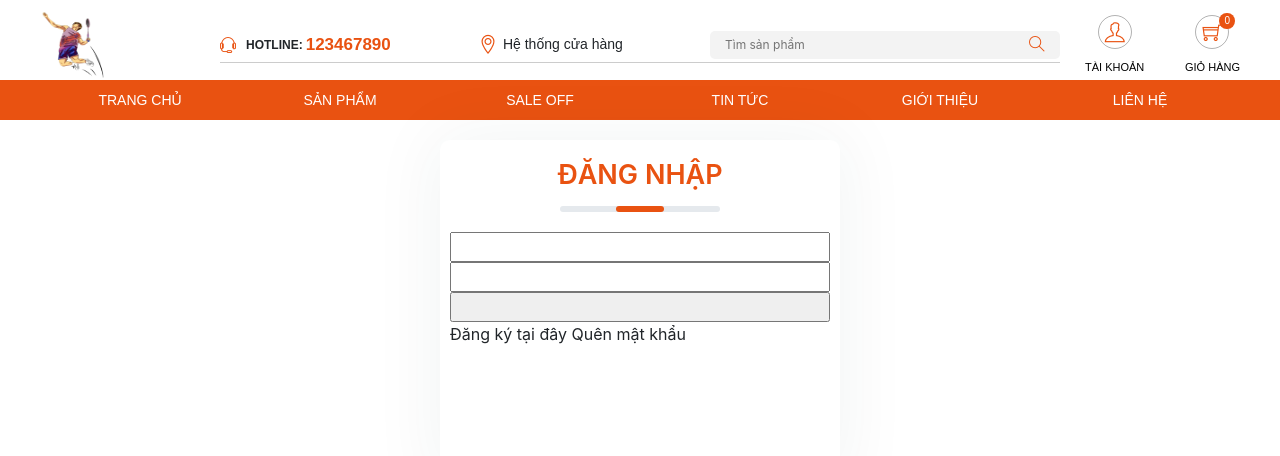
Repository: Namtran3107/CauLongSo1
Page: login.html
These files come from the project's save history. The page is drawn as it stood at one moment and after the next save; the edit follows.
The browser window is 1280 px wide. The pictures show the whole page.

Above is the page before, as saved 2022-12-11 14:18:23.

### login.html
<!DOCTYPE html>
<html lang="en">
<head>
    <meta charset="UTF-8">
    <meta http-equiv="X-UA-Compatible" content="IE=edge">
    <meta name="viewport" content="width=device-width, initial-scale=1.0">
    <link rel="stylesheet" href="./index.css">
    <link rel="stylesheet" href="./login.css">
    <link rel="stylesheet" href="./themify-icons-font/themify-icons/themify-icons.css">
    <link rel="stylesheet" href="https://stackpath.bootstrapcdn.com/bootstrap/4.3.1/css/bootstrap.min.css" integrity="sha384-ggOyR0iXCbMQv3Xipma34MD+dH/1fQ784/j6cY/iJTQUOhcWr7x9JvoRxT2MZw1T" crossorigin="anonymous">
    <title>Cau Long So 1</title>
</head>
<body>
    <div id="body-all-website">
        <div id="body-width-all">
            <div id="header-website-top">
                <div class="header-website">
                    <div class="header-logo-and-account-all">
                        <a href="" class="header-logo-website">
                            <img src="./img/pngtree-badminton-fitness-little-boy-image_1289549.png" alt="" class="header-logo">
                        </a>
                        <div class="header-phone-location-search">
                            <div class="header-phone-location-search-list">
                                <div class="header-phone-number">
                                    <div class="header-logo-number"><div class="ti-headphone-alt"></div></div>
                                    <div class="header-content-phone-number">HOTLINE: </div>
                                    <div class="header-phone-number-item">123467890</div>
                                </div>
                                <div class="header-location-store">
                                    <div class="header-logo-location"><div class="ti-location-pin"></div></div>
                                    <div class="header-content-location">Hệ thống cửa hàng</div>
                                </div>
                                <div class="header-search-product">
                                    <input type="text" name="" id="" class="header-input-search" placeholder="Tìm sản phẩm">
                                    <a href="" class="header-logo-search"><div class="ti-search"></div></a>
                                    <div class="header-input-history-all">
                                        <div class="header-input-history-list">
                                            <div class="header-input-history-content">
                                                <div class="header-input-history-name-content">Tìm kiếm gần đây</div>
                                            </div>
                                            <div class="header-input-history-item">
                                                <a href="" class="input-history-img"><img src="./img/history.PNG" alt=""></a>
                                                <div class="input-history-name-procduc-and-price">
                                                    <a href="" class="input-history-name-procduc"><div>Giày cầu lông trẻ em Kumpoo KH-F07J xanh chính hãng</div></a>
                                                    <div class="input-history-product-price">690.000 ₫</div>
                                                </div>
                                                <a href="" class="input-history-delete"><div class="ti-close"></div></a>
                                            </div>
                                            <div class="header-input-history-item">
                                                <a href="" class="input-history-img"><img src="./img/history.PNG" alt=""></a>
                                                <div class="input-history-name-procduc-and-price">
                                                    <a href="" class="input-history-name-procduc"><div>Giày cầu lông trẻ em Kumpoo KH-F07J xanh chính hãng</div></a>
                                                    <div class="input-history-product-price">690.000 ₫</div>
                                                </div>
                                                <a href="" class="input-history-delete"><div class="ti-close"></div></a>
                                            </div>
                                            <div class="header-input-history-item">
                                                <a href="" class="input-history-img"><img src="./img/history.PNG" alt=""></a>
                                                <div class="input-history-name-procduc-and-price">
                                                    <a href="" class="input-history-name-procduc"><div>Giày cầu lông trẻ em Kumpoo KH-F07J xanh chính hãng</div></a>
                                                    <div class="input-history-product-price">690.000 ₫</div>
                                                </div>
                                                <a href="https://www.facebook.com/" class="input-history-delete"><div class="ti-close"></div></a>
                                            </div>
                                        </div>
                                    </div>
                                </div>
                            </div>
                        </div>
                        <div class="header-account-website">
                            <div class="account-header-list">
                                <div class="account-website">
                                    <div class="logo-account-website">
                                        <div class="ti-user"></div>
                                        <div class="content-account-website content-account-website-color">TÀI KHOẢN</div>
                                        <div class="account-login-and-register">
                                            <a href="" class="account-login-register-list">
                                                <div class="account-login-register-logo"><div class="ti-share"></div></div>
                                                <div class="ccount-login-register-content">Đăng nhập</div>
                                            </a>
                                            <a href="" class="account-login-register-list">
                                                <div class="account-login-register-logo"><div class="ti-share-alt"></div></div>
                                                <div class="ccount-login-register-content">Đăng ký</div>
                                            </a>
                                        </div>
                                    </div>
                                    <div class="cart-website-header">
                                        <a href="" class="cart-website">
                                            <div class="ti-shopping-cart"></div>
                                            <div class="content-cart-website content-account-website-color">GIỎ HÀNG</div>
                                        </a>
                                        <div class="cart-list">
                                            <div class="cart-list-son">
                                                <div class="cart-list-logo"><div class="ti-bag"></div></div>
                                                <span class="cart-list-text">Không có sản phẩm nào trong giỏ hàng của bạn</span>
                                            </div>
                                        </div>
                                    </div>
                                </div>
                            </div>
                        </div>
                    </div>
                    <div class="header-menu-website">
                        <ul class="menu-website-list">
                            <li><a href="./index.html" class="menu-website-item">TRANG CHỦ</a></li>
                            <li><a href="./product.html" class="menu-website-item">SẢN PHẨM</a></li>
                            <li><a href="./saleoff.html" class="menu-website-item">SALE OFF</a></li>
                            <li><a href="./news.html" class="menu-website-item">TIN TỨC</a></li>
                            <li><a href="./recomend.html" class="menu-website-item">GIỚI THIỆU</a></li>
                            <li><a href="./contact.html" class="menu-website-item">LIÊN HỆ</a></li>
                        </ul>
                    </div>
                </div>
            </div>
            <div id="body-website-login">
                <div class="body-website-login-list">
                    <div class="body-website-login-item">
                        <div class="table-login-list">
                            <div class="login-content-list">
                                <span class="login-content-header">ĐĂNG NHẬP</span>
                                <span class="decor"></span>
                            </div>
                            <div class="login-input-list">
                                <input type="text" class="login-input-item">
                                <input type="text" class="login-input-item">
                                <input type="button" class="login-input-item">
                            </div>
                            <div class="login-input-text-list">
                                <span class="login-input-text-item">Đăng ký tại đây</span>
                                <span class="login-input-text-item">Quên mật khẩu</span>
                            </div>
                        </div>
                    </div>
                </div>
            </div>
        </div>
    </div>
</body>
</html>

### login.css
:root {
    --color-website: #e95211;
}
.body-website-login-list{
    width: 1200px;
    margin: 0 auto;
}
.body-website-login-item{
    width: 400px;
    height: 340px;
    margin: 20px auto 0;
    background-color: #fff;
    box-shadow: 0px 1px 69.16px 6.84px rgb(20 64 51 / 5%);
    border-radius: 10px;
}
.table-login-list{
    padding: 15px 10px 0;
}
.login-content-list{
    display: flex;
    flex-direction: column;
    align-items: center;
}
.login-content-header{
    color: var(--color-website);
    font-size: 27px;
    font-weight: 600;
}
.decor{
    position: relative;
    width: 160px;
    height: 6px;
    background-color: #e5e9ed;
    border-radius: 10px;
    margin-top: 10px;
}
.decor::before{
    content: "";
    position: absolute;
    width: 30%;
    height: 100%;
    left: 50%;
    transform: translateX(-50%);
    background-color: var(--color-website);
    border-radius: 10px;
}
.login-input-list{
    margin-top: 20px;
    display: flex;
    flex-direction: column;
}
.login-input-item{
    width: 100%;
    height: ;
}

Loaded but not shown: themify-icons-font/themify-icons/themify-icons.css (common file); index.css (806 lines, source omitted)

After the next save:
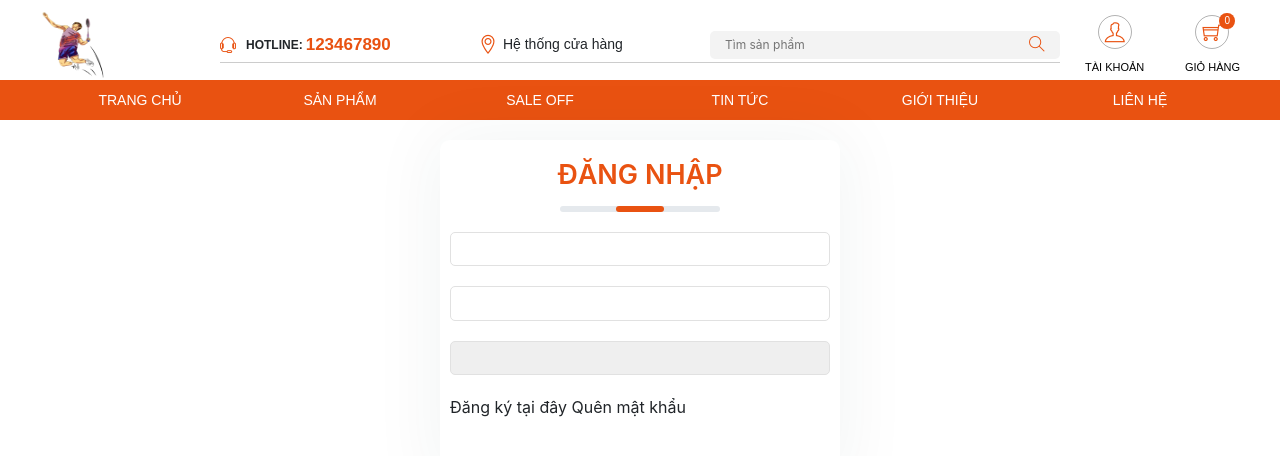
Saved 34 s later.
--- a/login.css
+++ b/login.css
@@ -50,6 +50,11 @@
     flex-direction: column;
 }
 .login-input-item{
+    padding: 5px 20px;
+    outline: none;
+    font-size: 15px;
+    border-radius: 5px;
+    border: 1px solid #e1e1e1;
+    margin-bottom: 20px;
     width: 100%;
-    height: ;
 }
